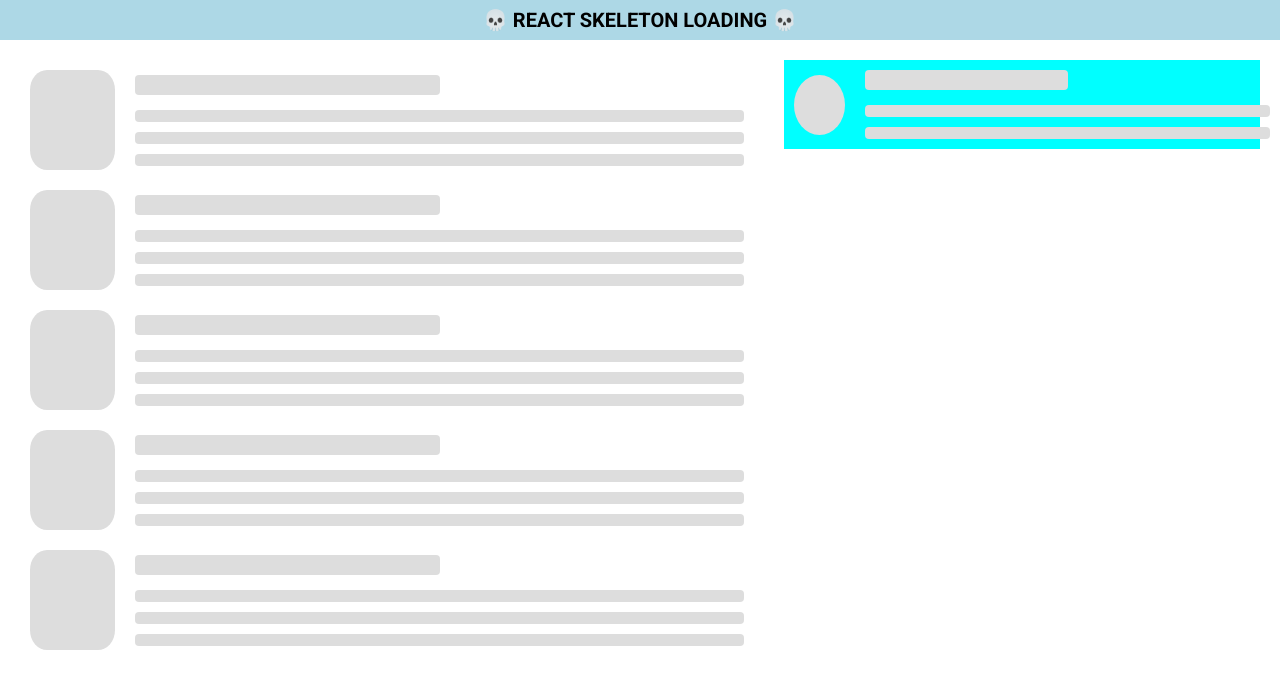
Repository: ethanJones21/React-Skeleton-Loading
Page: /
An editor plug-in stored every save of this project. The page is shown before and after the next save, followed by the edit.
The browser window is 1280 px wide. The pictures show the whole page.
The page's requests for data from a server got no answer. The project was rebuilt for these pictures with package versions that can differ from the ones it lists, and the page was loaded fresh each time. No one was signed in, and anything a server would have sent is missing. Also part of the build but not shown: src/components/Post.css, src/components/Post.js.

Above is the page before, as saved 2020-11-26 03:28:27.

After the next save:
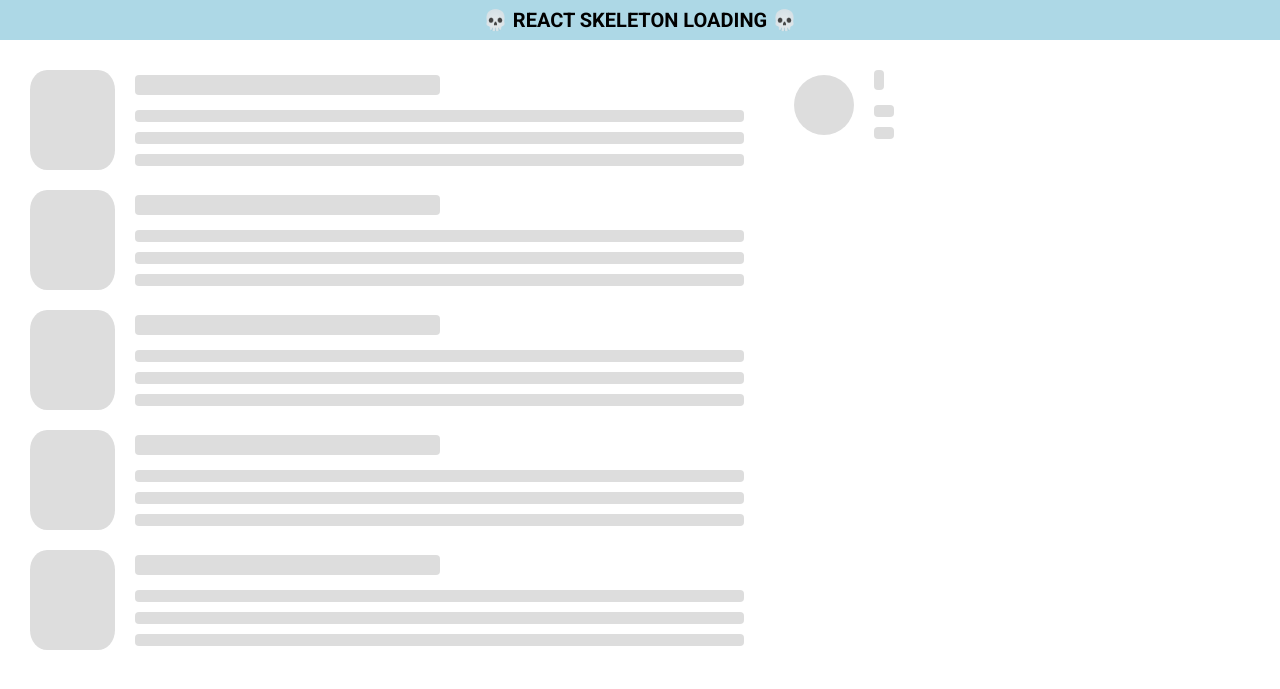
Saved 20 s later.
--- a/src/skeleton/UserSkeleton.css
+++ b/src/skeleton/UserSkeleton.css
@@ -1,10 +1,8 @@
 .userSkeleton {
   display: flex;
   align-items: center;
-  background-color: cyan;
   width: 100%;
 }
 
 .userSkeletonRight {
-  width: 100%;
 }
